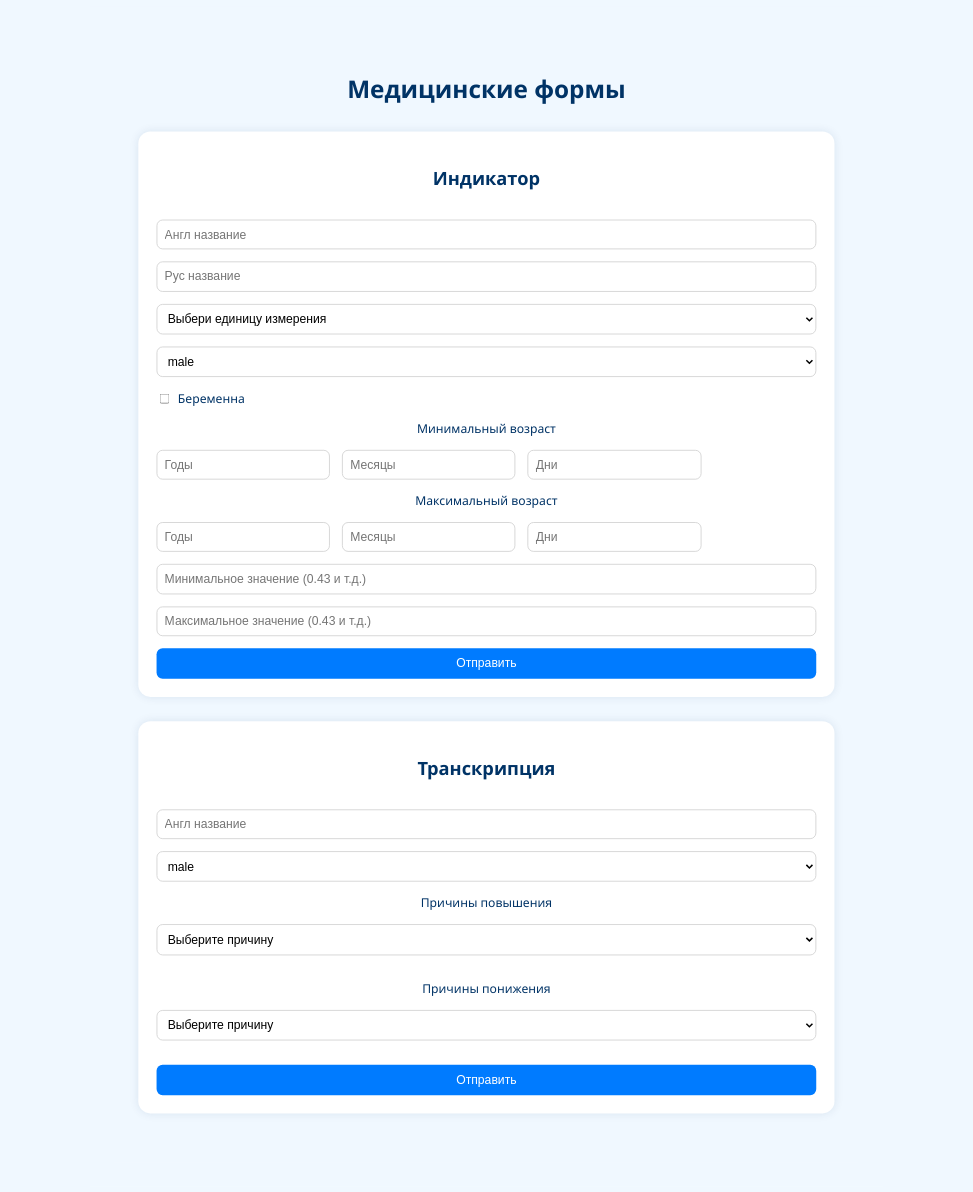
Repository: GGlebux/Transay
Page: / (app in frontend/)
The author's editor kept a copy of each file at every save. The page is drawn from the files as they stood at one save, then again after the next save.
The browser window is 1280 px wide. The pictures show the whole page, at 76% of full size.
The project was rebuilt for these pictures with package versions that can differ from the ones it lists, and the page was loaded fresh each time. Also part of the build but not shown: frontend/vite.config.ts.

Above is the page before, as saved 2025-08-04 16:26:02.

After the next save:
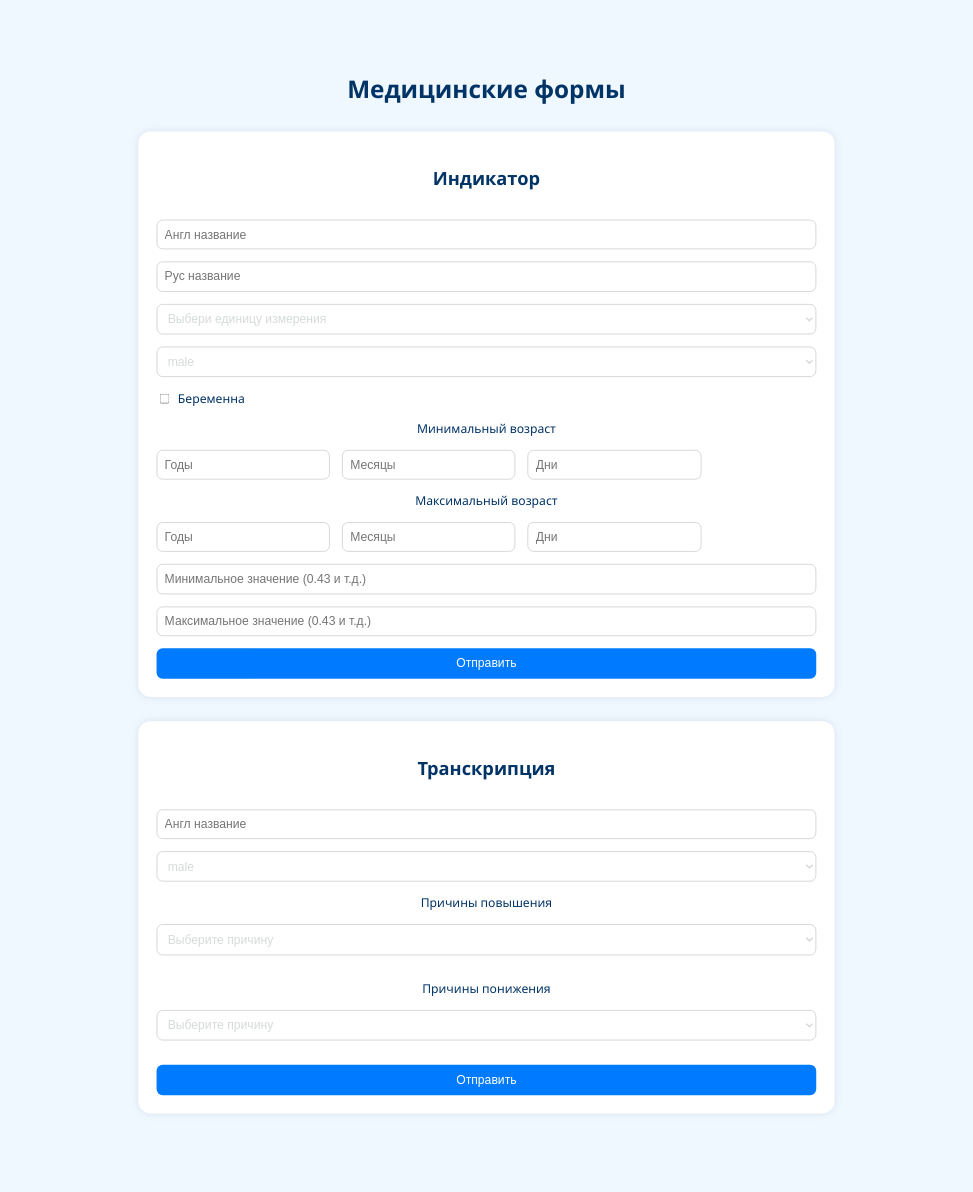
Saved 27 s later.
--- a/frontend/src/index.css
+++ b/frontend/src/index.css
@@ -15,5 +15,5 @@
 
 input, select {
   background: #ffffff;
-  color: ;
+  color: #3443;
 }
